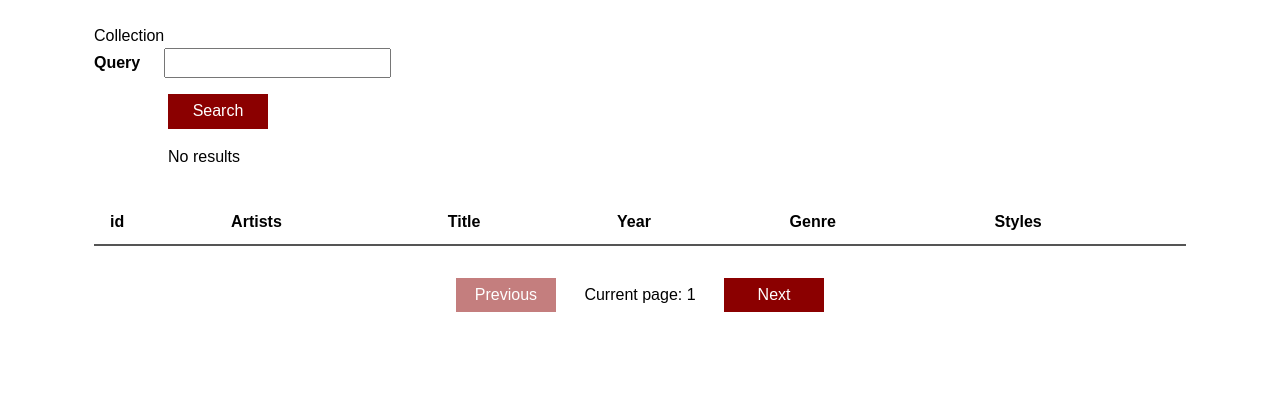
Repository: ivan-baljkas/pristupni_zadatak
Page: / (app in frontend/react-akademija-master/)
The author's editor kept a copy of each file at every save. The page is drawn from the files as they stood at one save, then again after the next save.
The browser window is 1280 px wide. The pictures show the whole page.
The page's requests for data from a server got no answer. The project was rebuilt for these pictures with package versions that can differ from the ones it lists, and the page was loaded fresh each time. No one was signed in, and anything a server would have sent is missing. Also part of the build but not shown: frontend/react-akademija-master/src/components/TableItem.jsx.

Above is the page before, as saved 2021-07-22 13:11:22.

### frontend/react-akademija-master/public/index.html
<!DOCTYPE html>
<html lang="en">
  <head>
    <meta charset="utf-8" />
    <link rel="icon" href="%PUBLIC_URL%/favicon.ico" />
    <meta name="viewport" content="width=device-width, initial-scale=1" />
    <meta name="theme-color" content="#000000" />
    <meta
      name="description"
      content="Web site created using create-react-app"
    />
    <link rel="apple-touch-icon" href="%PUBLIC_URL%/logo192.png" />
    <!--
      manifest.json provides metadata used when your web app is installed on a
      user's mobile device or desktop. See https://developers.google.com/web/fundamentals/web-app-manifest/
    -->
    <link rel="manifest" href="%PUBLIC_URL%/manifest.json" />
    <!--
      Notice the use of %PUBLIC_URL% in the tags above.
      It will be replaced with the URL of the `public` folder during the build.
      Only files inside the `public` folder can be referenced from the HTML.

      Unlike "/favicon.ico" or "favicon.ico", "%PUBLIC_URL%/favicon.ico" will
      work correctly both with client-side routing and a non-root public URL.
      Learn how to configure a non-root public URL by running `npm run build`.
    -->
    <link rel="stylesheet" type="text/css" href="https://cdnjs.cloudflare.com/ajax/libs/normalize/8.0.1/normalize.min.css">
    <title>Ivan Baljkas</title>
  </head>
  <body>
    <noscript>You need to enable JavaScript to run this app.</noscript>
    <div id="root"></div>
    <!--
      This HTML file is a template.
      If you open it directly in the browser, you will see an empty page.

      You can add webfonts, meta tags, or analytics to this file.
      The build step will place the bundled scripts into the <body> tag.

      To begin the development, run `npm start` or `yarn start`.
      To create a production bundle, use `npm run build` or `yarn build`.
    -->
  </body>
</html>

### frontend/react-akademija-master/src/index.css
body {
  margin: 0;
  font-family: -apple-system, BlinkMacSystemFont, "Segoe UI", "Roboto", "Oxygen",
    "Ubuntu", "Cantarell", "Fira Sans", "Droid Sans", "Helvetica Neue",
    sans-serif;
  -webkit-font-smoothing: antialiased;
  -moz-osx-font-smoothing: grayscale;
}

body {
  max-width: 1140px;
  margin: 0 auto;
  padding: 24px;
  font-family: Arial, sans-serif;
  font-size: 16px;
  line-height: 1.5;
}

h1 {
  margin-top: 0;
}

html {
  box-sizing: border-box;
}
*,
*:before,
*:after {
  box-sizing: inherit;
}

table {
  border-collapse: collapse;
  text-align: left;
  margin-bottom: 2em;
  width: 100%;
}

thead {
  border-bottom: 2px solid #555;
}

thead th,
td {
  padding: 0.6em 1em;
}

tbody tr:nth-child(even) {
  background-color: #e9e9e9;
}

.pagination {
  text-align: center;
}

button {
  margin: 0 1.5em;
  background-color: darkred;
  color: white;
  border-width: 0;
  padding: 0.5em 1em;
  min-width: 100px;
}

button:disabled {
  opacity: 0.5;
}

.stats {
  border-bottom: 1px solid #555;
  padding-bottom: 1em;
  margin-bottom: 1em;
  text-align: center;
}

form div {
  margin-bottom: 1em;
}

form {
  margin-bottom: 2em;
}

form label {
  display: inline-block;
  min-width: 70px;
}

form button,
.result {
  margin-left: 74px;
}

form input {
  padding: 0.25em 0.5em;
}

form label {
  font-weight: bold;
}

### frontend/react-akademija-master/src/App.js
import React, {useState, useEffect} from "react";
import { SearchForm } from "./components/SearchForm";
import { CollectionTable } from "./components/CollectionTable";
import { TableItem } from "./components/TableItem";
import { Pagination } from "./components/Pagination";
//import data from "./data.json";


const App = () => {

  const [state, setState]= useState({
      results:[],
      currentPage:1,
      searchQuery:'',
      pages:6
  });

  const [queryResult, setQueryResult]= useState('No results');


  /* Dohvaćanje kolekcije */
useEffect(() => {
  fetch(`https://api.discogs.com/users/adrianmusiccollector/collection/folders/0/releases?page=${state.currentPage}`)
    /* Dohvaćanje API URL-a sa prosljeđenom paginacijom */
    .then((data) => data.json())
    .then((data) => {
      /* Dopuniti sa state update funkcijom */
      const items = data.releases
      setState({...state, results:items})
    })
    .catch((error)=>{
        console.log('Error: ',error);
    });
}, [state.currentPage]);

const handleSearch = (event) => {
  event.preventDefault();
  fetch(
    `https://api.discogs.com/database/search?q=${state.searchQuery}&key=OxnCHJEetGbikaamOyaK&secret=wQCIuWuanmRVVeWqNVFWMfSJldHbqnAi`
  )
    .then((data) => data.json())
    .then((data) => {
      setQueryResult(
        Boolean(data.results.length) ? data.results[0].title : "No results"
      );
    });
};

const handleQueryChange = (event) => {
  const value = event.currentTarget.value;
  setState({ ...state, searchQuery: value });
  };


const handlePrevious = (event) => {
  event.preventDefault();
  const newPage = state.currentPage - 1;

  setState({...state, currentPage:newPage})


};

const handleNext = (event) => {
  event.preventDefault();
  const newPage = state.currentPage + 1;

  setState({...state, currentPage:newPage})
};




  return (
    <div>
      <header>
        Collection
      </header>
      <SearchForm state={state}  handleSearch={handleSearch} handleQueryChange={handleQueryChange}>
          {queryResult}
        </SearchForm>
        <CollectionTable>
        {state.results.map(release=>(
          <TableItem id={release.id} {...release}/>
        ))}
        </CollectionTable>
        <Pagination currentPage={state.currentPage} pages={state.pages} handleNext={handleNext} handlePrevious={handlePrevious}/>
    </div>
  );
};

export default App;

### frontend/react-akademija-master/src/components/SearchForm.jsx
import React from 'react'

export const SearchForm = (props) =>{

    return(
        <div>
            <form  onClick={props.handleSearch}>
            <div>

                <label htmlFor="query">Query </label>
                <input type="text" id="query" name="query" onChange={props.handleQueryChange}/>
            </div>
            <div>
                <button type="submit">Search</button>
                <p class="result">{props.children}</p>
            </div>

            </form>

        </div>
    );
};

### frontend/react-akademija-master/src/components/CollectionTable.jsx
import React from 'react'

export const CollectionTable = (props) =>{

    return(
        <div>
            <table>
            <thead>
                <tr>
                    <th>id</th>
                    <th>Artists</th>
                    <th>Title</th>
                    <th>Year</th>
                    <th>Genre</th>
                    <th>Styles</th>
                </tr>
            </thead>
             <tbody>
                {props.children}
            </tbody>

            </table>
        </div>
    );
};

### frontend/react-akademija-master/src/components/Pagination.jsx
import React from 'react'

export const Pagination = (props) =>{

    return(
        <div className="pagination">
            <button type="button" disabled = {props.currentPage === 1} onClick={props.handlePrevious}>Previous</button>
             <span>  Current page:  {props.currentPage} </span>
             <button type="button"disabled = {props.currentPage === props.pages} onClick={props.handleNext}>Next</button>
        </div>
    );
};

Loaded but not shown: frontend/react-akademija-master/src/index.js (common file); frontend/react-akademija-master/src/reportWebVitals.js (common file)

After the next save:
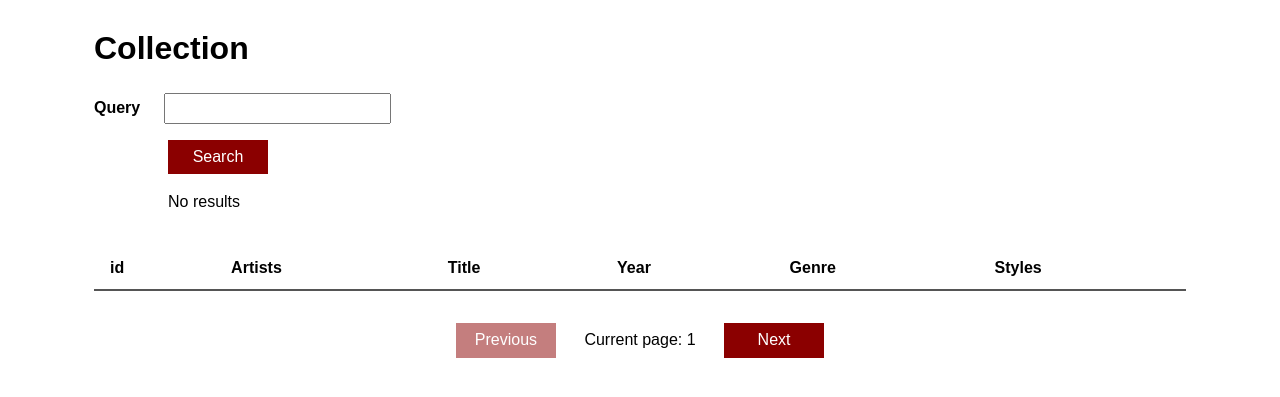
Saved 52 s later.
--- a/frontend/react-akademija-master/src/App.js
+++ b/frontend/react-akademija-master/src/App.js
@@ -74,7 +74,9 @@ const handleNext = (event) => {
   return (
     <div>
       <header>
-        Collection
+        <h1>
+          Collection
+        </h1>
       </header>
       <SearchForm state={state}  handleSearch={handleSearch} handleQueryChange={handleQueryChange}>
           {queryResult}
